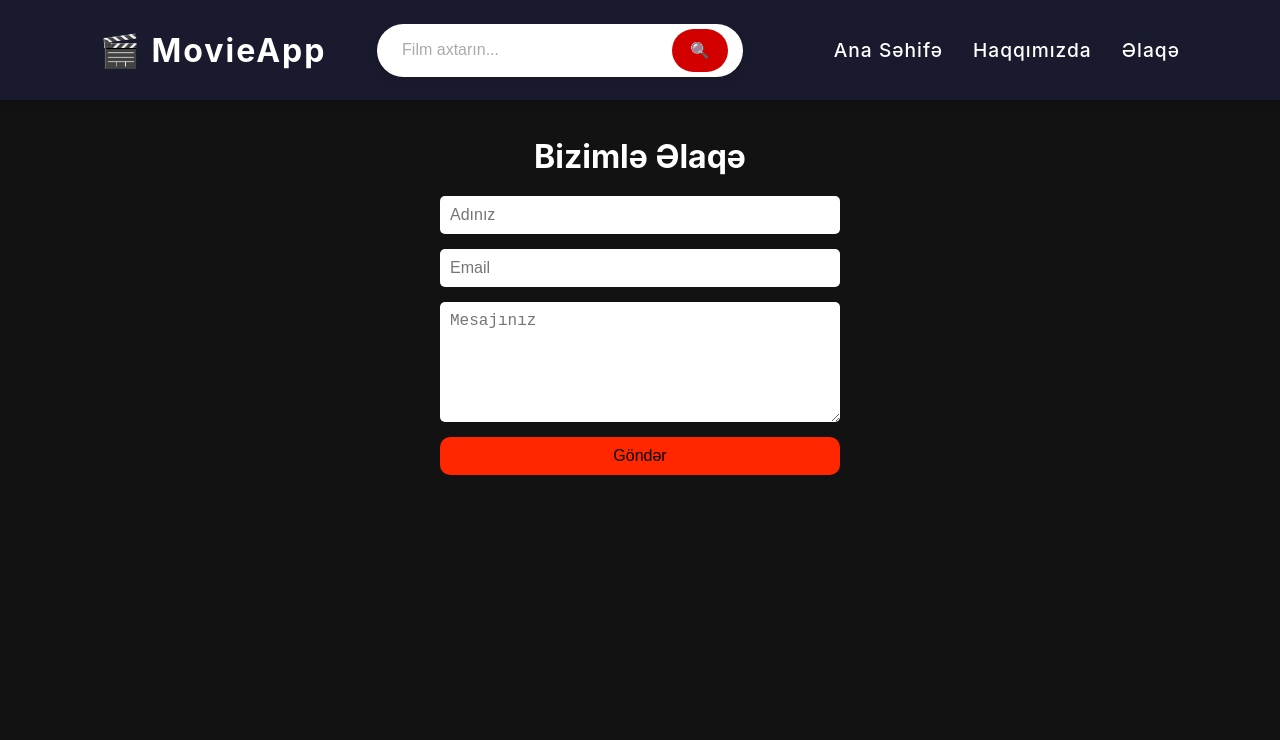
Repository: Zulfiyya077/InternIntelligence_MovieWebsite
Page: /contact
An editor plug-in stored every save of this project. The page is shown before and after the next save, followed by the edit.
The browser window is 1280 px wide. The pictures show the whole page.
The project was rebuilt for these pictures with package versions that can differ from the ones it lists, and the page was loaded fresh each time. Also part of the build but not shown: vite.config.js, src/services/MovieService.jsx, src/components/MovieCard.module.css, src/components/MovieCard.jsx, src/pages/Home.module.css, src/pages/Home.jsx, src/pages/MovieDetailsPage.module.css, src/pages/MovieDetailsPage.jsx and 5 more.

Above is the page before, as saved 2025-02-24 02:12:45.

After the next save:
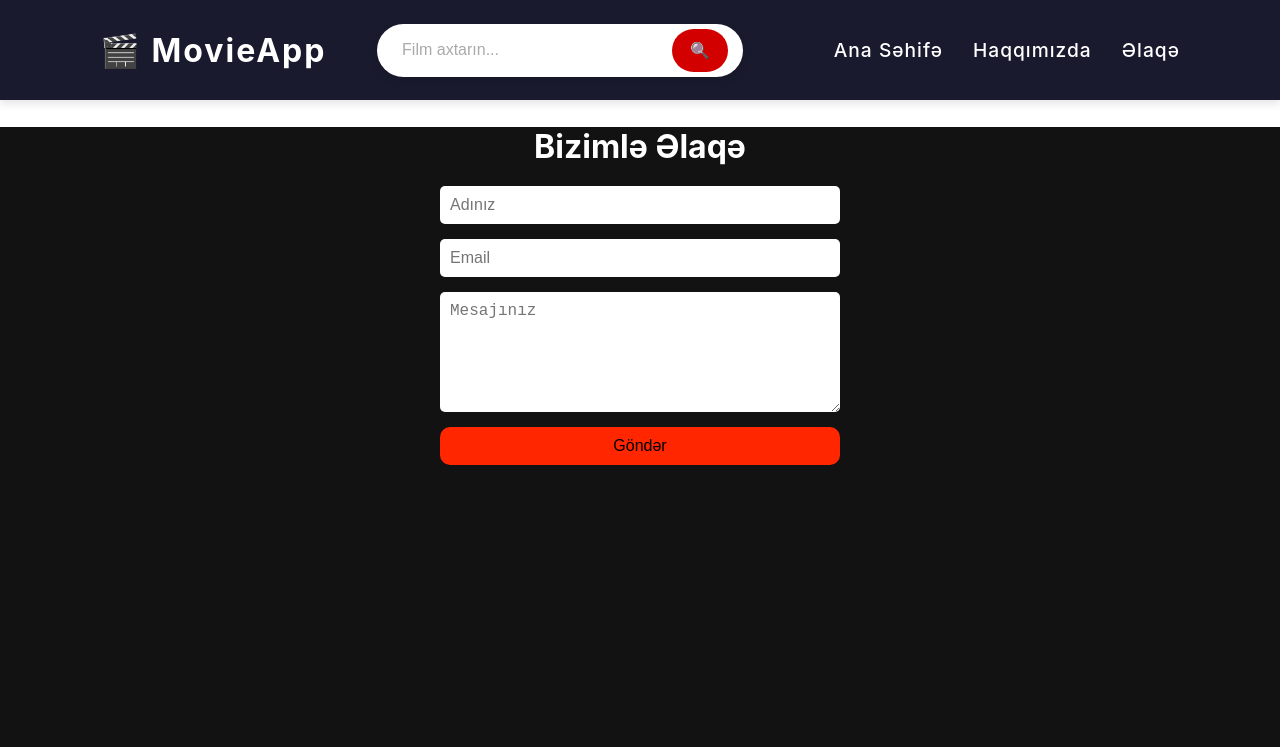
Saved 5 s later.
--- a/src/pages/Contact.module.css
+++ b/src/pages/Contact.module.css
@@ -1,6 +1,6 @@
 .contact {
     text-align: center;
-    padding: 10px;
+
     color: white;
     background-color: #121212;
     height: calc(100vh - 100px);

After the save that followed:
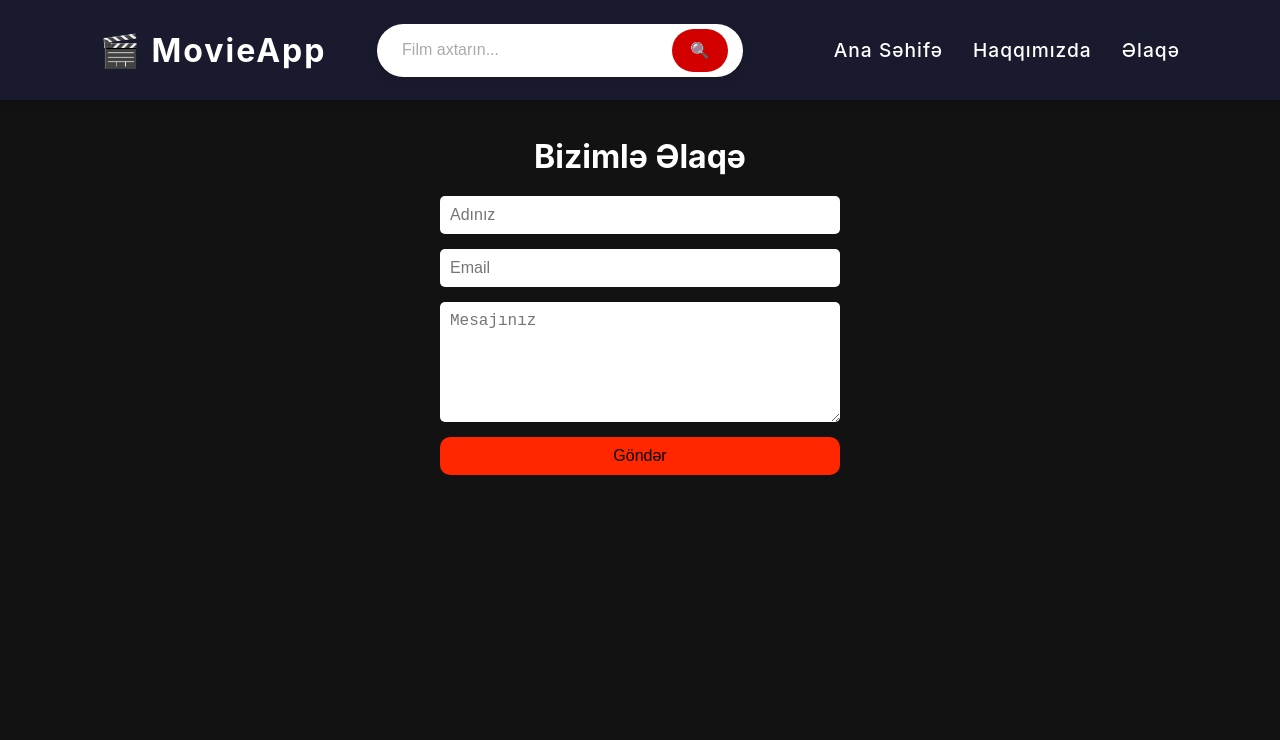
Saved 5 s later.
--- a/src/pages/Contact.module.css
+++ b/src/pages/Contact.module.css
@@ -1,6 +1,6 @@
 .contact {
     text-align: center;
-
+    padding: 10px;
     color: white;
     background-color: #121212;
     height: calc(100vh - 100px);
